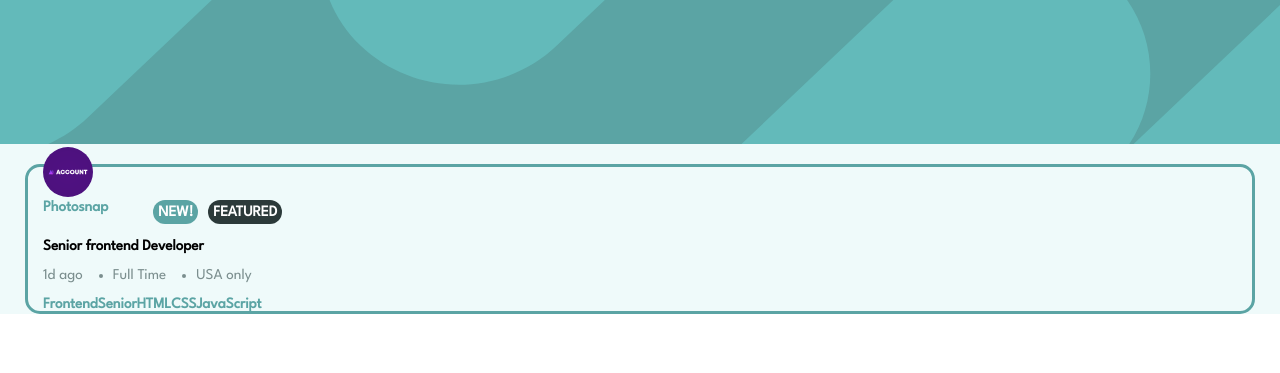
Repository: DevLaukey/job-listing
Page: /
The author's editor kept a copy of each file at every save. The page is drawn from the files as they stood at one save, then again after a run of saves.
The browser window is 1280 px wide. The pictures show the whole page.
Some web fonts or font styles are not loaded; a fallback is used. The project was rebuilt for these pictures with package versions that can differ from the ones it lists, and the page was loaded fresh each time.

Above is the page before, as saved 2022-06-02 16:57:22.

After the next 2 saves:
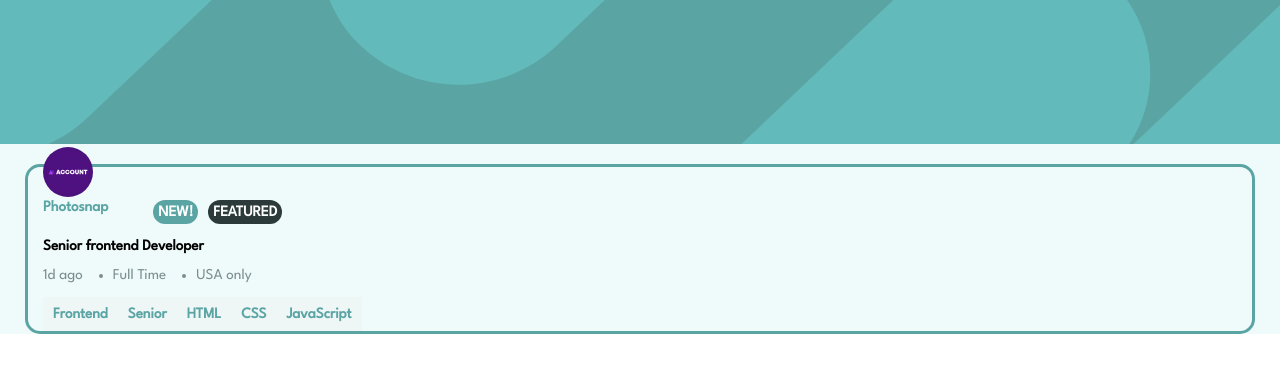
The 2 saves are shown as one change because they came seconds apart.
The last was saved 63 s later.
--- a/src/components/styles.css
+++ b/src/components/styles.css
@@ -66,6 +66,10 @@
     display: flex;
     flex-wrap: wrap;
 }
+.category{
+    background-color: hsl(180, 31%, 95%);
+    padding: 10px;
+}
 
 
 /* media query */
